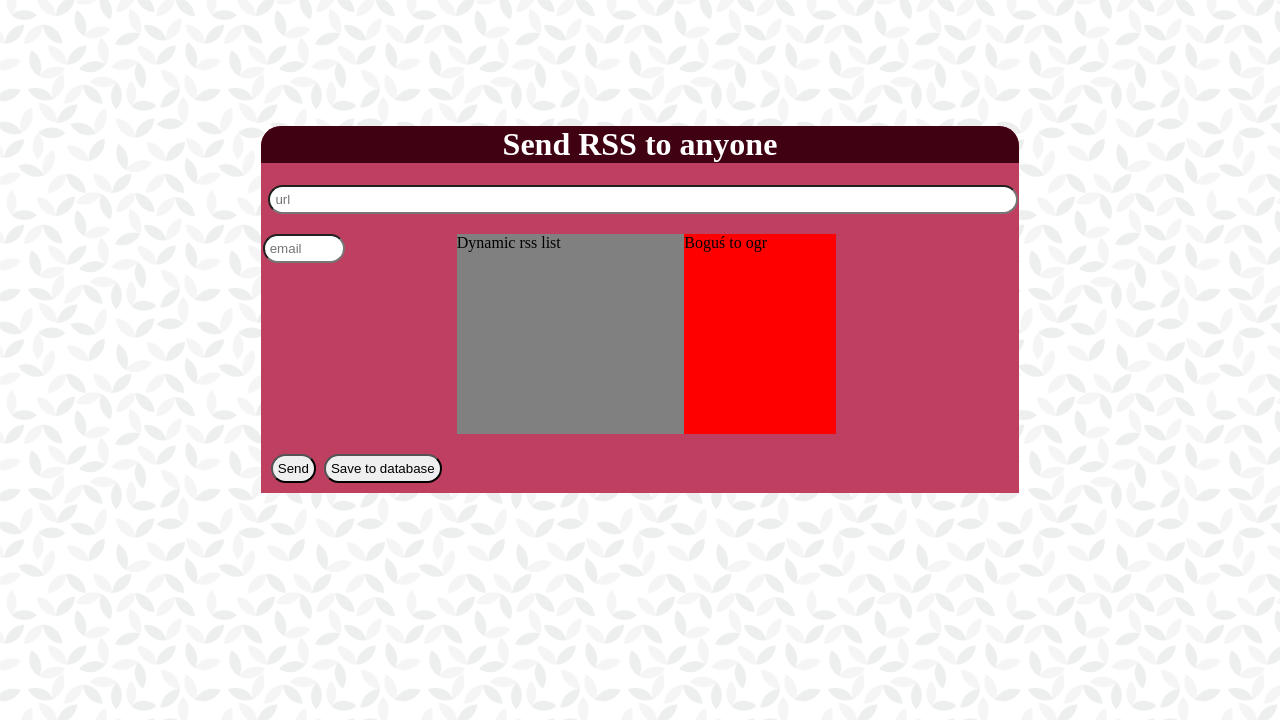
Repository: michalski9wsb/rss_final
Page: index.html
The author's editor kept a copy of each file at every save. The page is drawn from the files as they stood at one save, then again after the next save.
The browser window is 1280 px wide. The pictures show the whole page.
Some web fonts or font styles are not loaded; a fallback is used.

Above is the page before, as saved 2020-03-08 10:27:57.

### index.html
<!DOCTYPE html>
<html lang="pl">
    <head>
        <meta charset="utf-8" />
        <title>Send RSS</title>
        <meta name="deskription" content="Apk for RSS" />
        <meta name="keywords" content="RSS,aplication, send" />
        <meta http-equiv="X-UA-Compatioble" content="IE=edge,chrome=1" />
        <link href="style.css" rel="stylesheet" type="text/css" />
        <link href="https://fonts.googleapis.com/css?family=Trade+Winds&display=swap" rel="stylesheet">
    </head>
    <body>
        <form method="get" action="send.php">
            <h1>Send RSS to anyone</h1>
            <div class="url-flex row">
                <input id="url"  name="url" type="url" placeholder="url"/>
            </div>
            <div class="email-flex row">
                <div id="helper"><input id="email"  name="email" type="email" placeholder="email" /></div>
                <div id="debug">
                    <label for="debug">Dynamic rss list</label>
                    <div name="debug"  rows="10">

                    </div>

                </div>
                <div class="sendlist" >
                    Boguś to ogr
                </div>

             </div>
             <div style="clear:both;"></div>
            <div class="row">
                <!--<div class="buttonCentre">-->
                    <input id="send" type="submit" value="Send"/>
                    <button id="save" name="save">Save to database</button>
                <!--</div>-->
            </div>
        </form>
    </body>
</html>

### style.css
body{
    background-image: url(geometric-leaves/geometric-leaves.png);
    font-family: 'Trade Winds' ;
}
h1{
    display: block;
    border-radius: 20px 20px 0px 0px;
    background-color: #400112;
    color: white;
    margin-left: auto;
    margin-right: auto;
    text-align: center;
    position: relative;
}
form{
    border-radius: 20px 20px 0 0;
    margin-left: 20%;
    margin-top: 10%;
    width: 60%;
    background-color: #BF3F61;
}
input{
    border-radius: 20px;
    padding: 5px;
}
input[type=submit]{
    margin-left: 10px;
}
button{
    border-radius: 20px;
    margin-left: 4px;
    padding: 5px;
    margin-bottom: 10px;
}
#debug{

    background-color: gray;
    flex-direction: column;
    margin-left: 5px;
    float: left;
    width: 30%;
    height: 200px;
}
.sendlist{
    background-color: red;
    height: 200px;
    width: 20%;
}

input#email{
    float: left;
    width: 36%;
    margin-left: 1%;
}
input#url{
    /*margin-top: 2%;*/
    margin-left: 1%;
    width: 97%;
}
.row{
    width: 100%;
    margin-top: 20px;
}
.email-flex{
    display: flex;
}

After the next save:
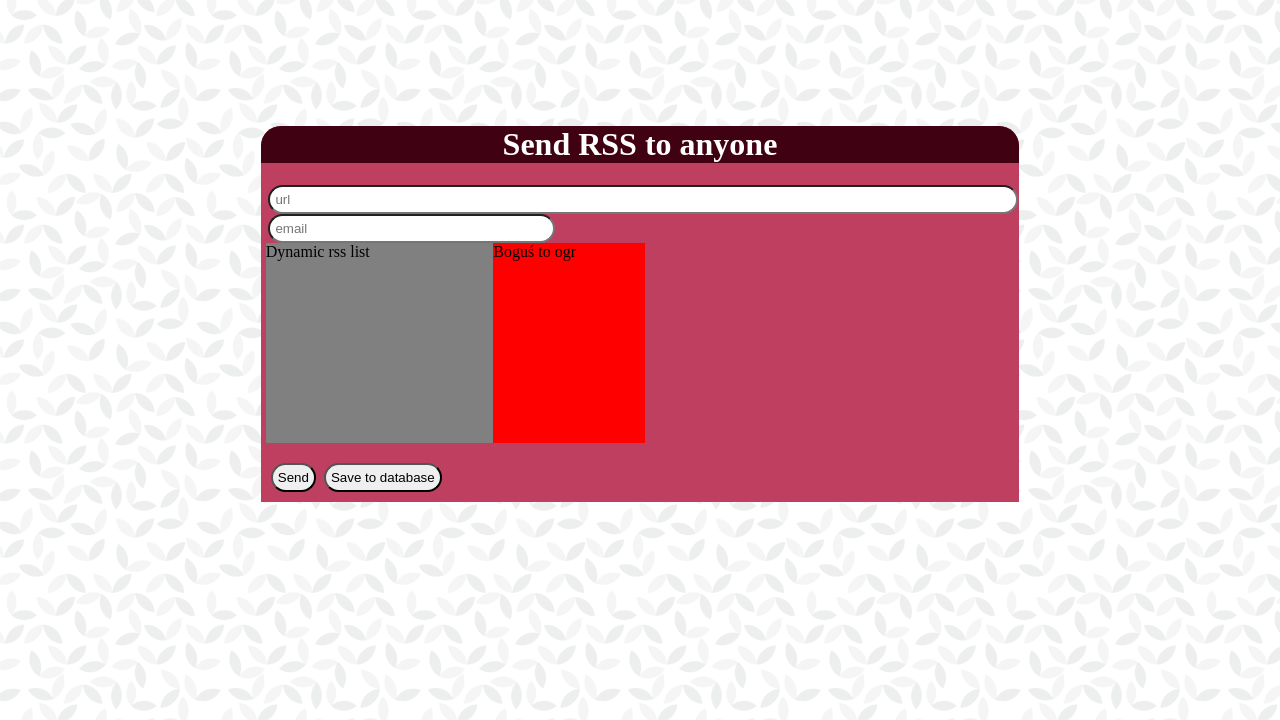
Saved 96 s later.
--- a/index.html
+++ b/index.html
@@ -15,8 +15,9 @@
             <div class="url-flex row">
                 <input id="url"  name="url" type="url" placeholder="url"/>
             </div>
+            <div id="helper"><input id="email"  name="email" type="email" placeholder="email" /></div>
             <div class="email-flex row">
-                <div id="helper"><input id="email"  name="email" type="email" placeholder="email" /></div>
+
                 <div id="debug">
                     <label for="debug">Dynamic rss list</label>
                     <div name="debug"  rows="10">
